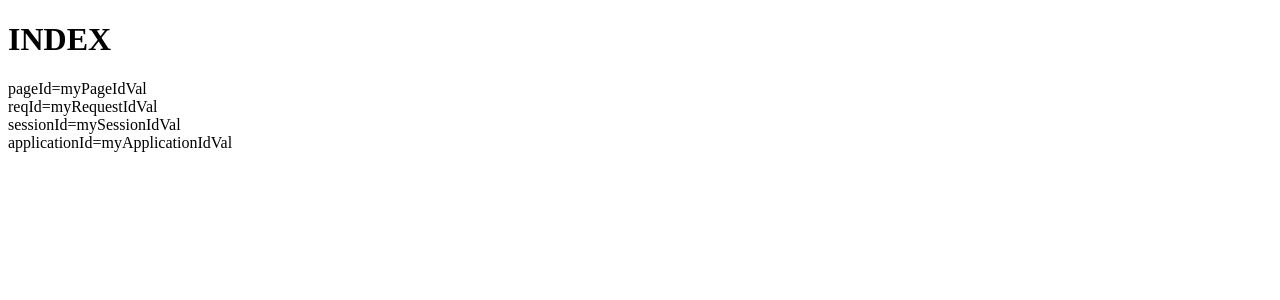
Repository: leedh909/Academy-web-
Page: http://localhost/Jsp06_Scope/
The author's editor kept a copy of each file at every save. The page is drawn from the files as they stood at one save, then again after the next save.
The browser window is 1280 px wide. The pictures show the whole page.
The page is served by Tomcat 9.

Above is the page before, as saved 2020-07-03 04:38:23.

### 실습자료/eclipse-servlet/Jsp06_Scope/WebContent/index.jsp
<%@ page language="java" contentType="text/html; charset=UTF-8"
    pageEncoding="UTF-8"%>
<% request.setCharacterEncoding("UTF-8"); %>
<% response.setContentType("text/html; charset=UTF-8"); %>
<!DOCTYPE html>
<html>
<head>
<meta charset="UTF-8">
<title>Insert title here</title>

<%
	//page, request, session, application
	pageContext.setAttribute("pageId", "myPageIdVal"); 		//한페이지
	request.setAttribute("reqId", "myRequestIdVal");		//한페이지+@
	session.setAttribute("sessionId","mySessionIdVal");		//브라우저 단위
	application.setAttribute("appId", "myApplicationIdVal");//애플리케이션 단위

%>
</head>
<body>
	<h1>INDEX</h1>
	pageId=<%=pageContext.getAttribute("pageId") %><br>
	reqId=<%=request.getAttribute("reqId") %><br>
	sessionId=<%=session.getAttribute("sessionId") %><br>
	applicationId=<%=application.getAttribute("appId") %><br>

</body>
</html>

After the next save:
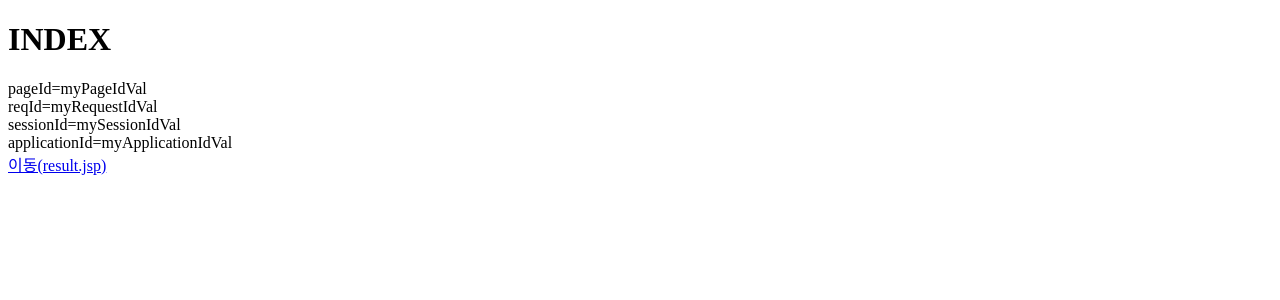
Saved 35 s later.
--- a/실습자료/eclipse-servlet/Jsp06_Scope/WebContent/index.jsp
+++ b/실습자료/eclipse-servlet/Jsp06_Scope/WebContent/index.jsp
@@ -24,5 +24,6 @@
 	sessionId=<%=session.getAttribute("sessionId") %><br>
 	applicationId=<%=application.getAttribute("appId") %><br>
 
+	<a href="result.jsp">이동(result.jsp)</a>
 </body>
 </html>
